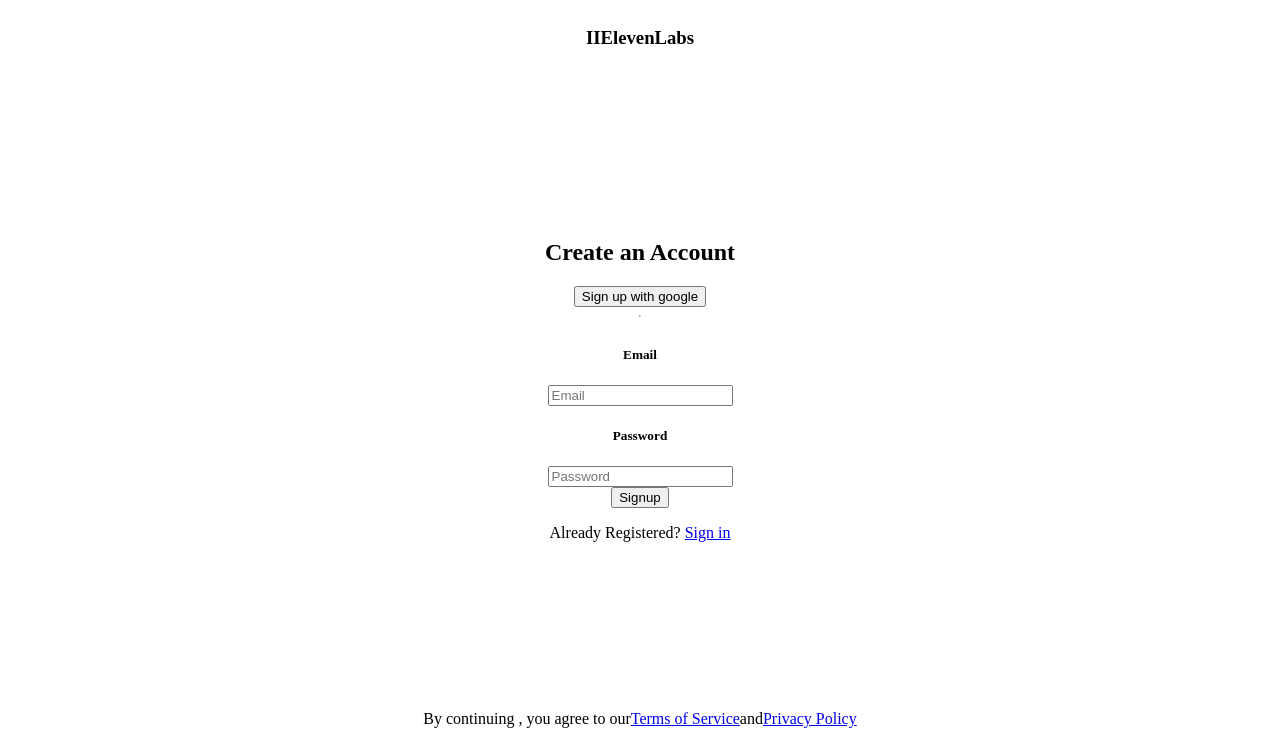
Repository: RohanSai22/harkirat-cohort-learnings
Page: Web/w1_a.html
An editor plug-in stored every save of this project. The page is shown before and after the next save, followed by the edit.
The browser window is 1280 px wide. The pictures show the whole page.

Above is the page before, as saved 2026-03-24 10:11:58.

After the next save:
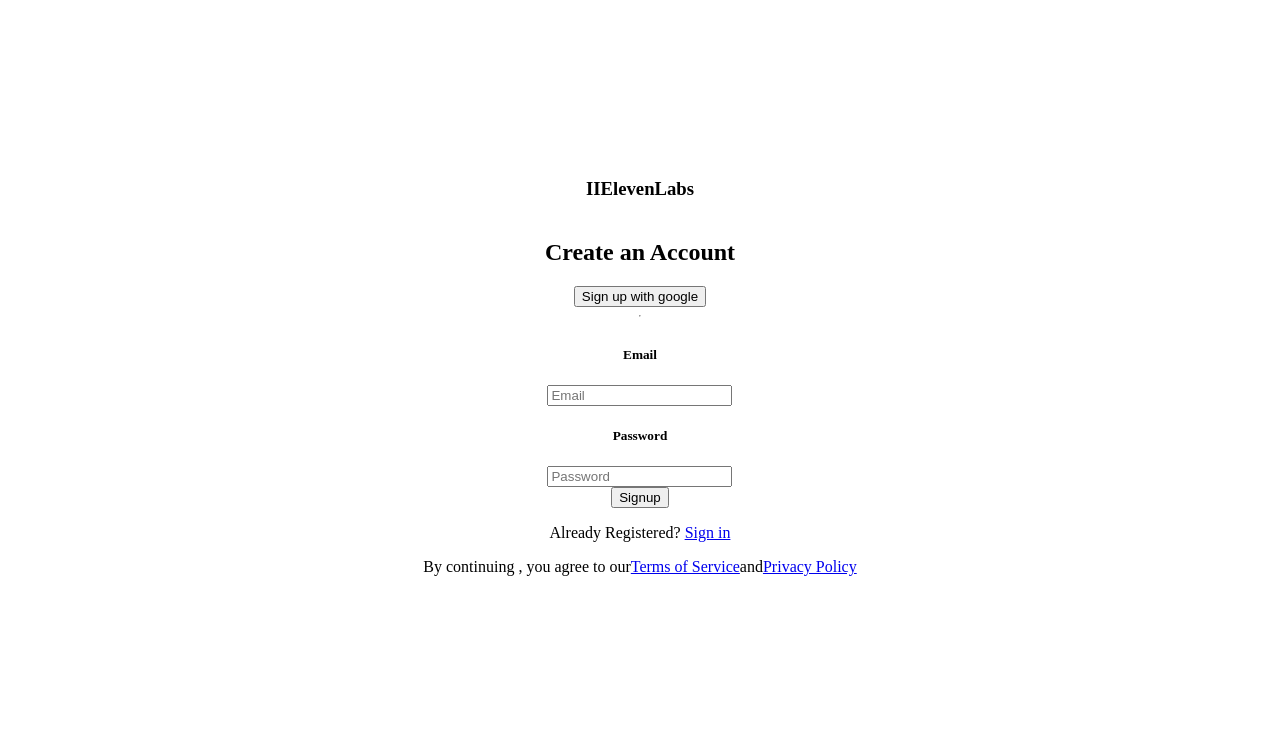
Saved 2 min 45 s later.
--- a/Web/w1_a.html
+++ b/Web/w1_a.html
@@ -3,7 +3,7 @@
         <title>Elevel Labs Assignment</title>
     </head>
     <body>
-        <div style="display: flex; flex-direction: column; min-height: 100vh;justify-content: space-between">
+        <div style="display: flex; flex-direction: column; min-height: 100vh;justify-content: center; align-items: center;">
             <div style="display:flex; justify-content: center;">
                 <h3>IIElevenLabs</h3>
             </div>
